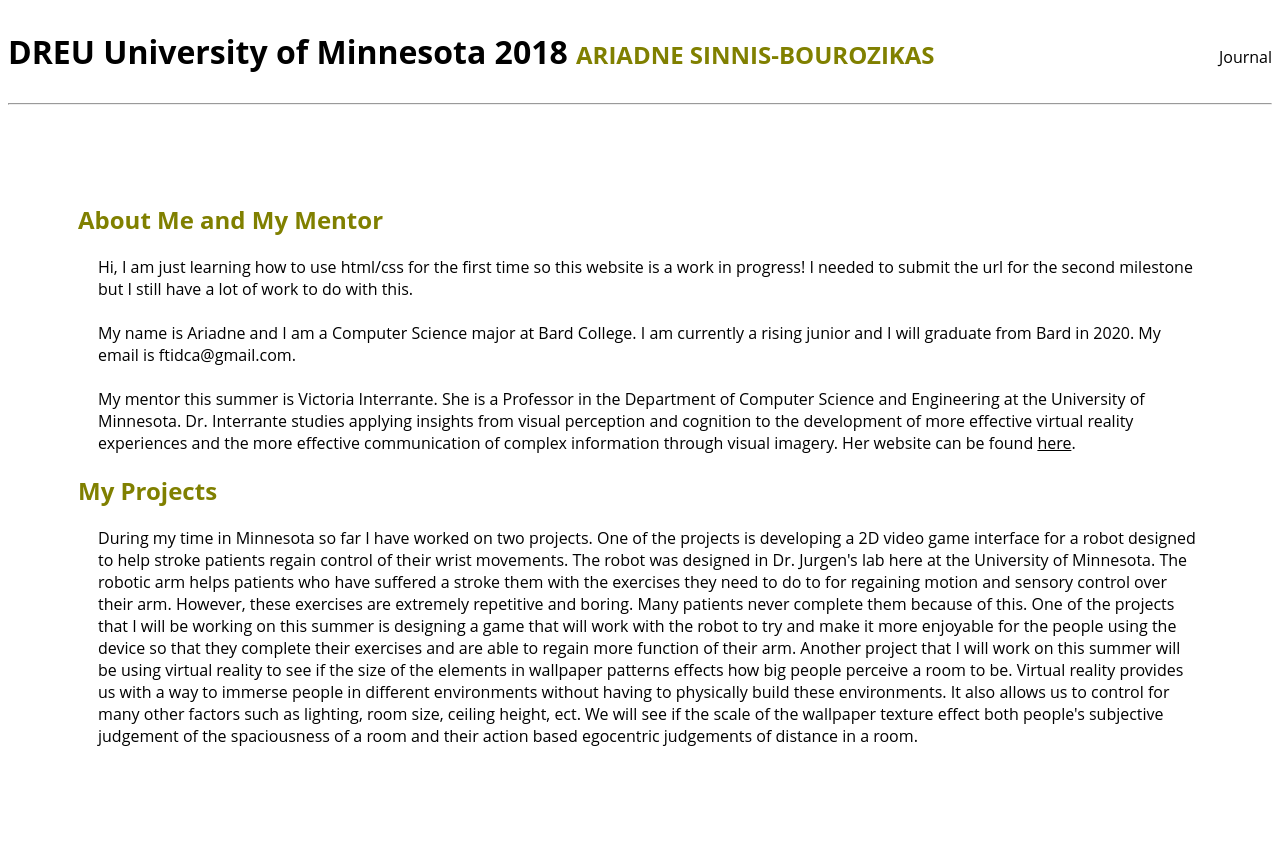
Repository: ariadnesb/dreu2018
Page: index.html
The author's editor kept a record of every edit. The page is drawn from the files as they stood at one moment, then again after the next edit.
The browser window is 1280 px wide. The pictures show the whole page.

Above is the page before.

### index.html
<!DOCTYPE html>
<html>
    <head>
        <title>It's me</title>
        <link rel="stylesheet" href="styles.css">
        <link href="https://fonts.googleapis.com/css?family=Roboto" rel="stylesheet">
    </head>

    <body>
        <div id="header">
            <br>
            <h1>DREU University of Minnesota 2018 </h1>
            <h2>ARIADNE SINNIS-BOUROZIKAS</h2>

            <ul class="nav-bar">
                <li><a href="./journal.html">Journal</a></li>
                <!-- <li><a href="/contact.html">Contact</a></li> -->
            </ul>
            <br><br><hr>
        </div>

        <div id= "journal">
             <h2> About Me and My Mentor </h2>
             <p>
                Hi, I am just learning how to use html/css for the first time so this website is a
                work in progress! I needed to submit the url for the second milestone but I still
                have a lot of work to do with this. <br><br>

                My name is Ariadne and I am a Computer Science major at Bard College. I am currently
                a rising junior and I will graduate from Bard in 2020.
                My email is ftidca@gmail.com.
                <br><br>
                My mentor this summer is Victoria Interrante. She is a Professor in the Department
                of Computer Science and Engineering at the University of Minnesota. Dr. Interrante
                studies applying insights from visual perception and cognition to the development
                of more effective virtual reality experiences and the more effective communication
                of complex information through visual imagery. Her website can be found
                <span id="emb_link"><a href="http://www-users.cs.umn.edu/~interran/">here</a></span>.

            </p>
            <h2> My Projects </h2>
            <p>
                During my time in Minnesota so far I have worked on two projects. One of
                the projects is developing a 2D video game interface for a robot designed
                to help stroke patients regain control of their wrist movements. The robot
                was designed in Dr. Jurgen's lab here at the University of Minnesota. The
                robotic arm helps patients who have suffered a stroke them with the exercises
                they need to do to for regaining motion and sensory control over their arm.
                However, these exercises are extremely repetitive and boring. Many patients
                never complete them because of this. One of the projects that I will be
                working on this summer is designing a game that will work with the robot to
                try and make it more enjoyable for the people using the device so that they
                complete their exercises and are able to regain more function of their arm.

                Another project that I will work on this summer will be using virtual reality to see if
                the size of the elements in wallpaper patterns effects how big people perceive a room to
                be. Virtual reality provides us with a way to immerse people in different
                environments without having to physically build these environments. It also
                allows us to control for many other factors such as lighting, room size,
                ceiling height, ect. We will see if the scale of the wallpaper texture effect
                both people's subjective judgement of the spaciousness of a room and their action
                based egocentric judgements of distance in a room.

            </p>
        </div>


        <!--- divs and spans can have 1 id but many classes

        <h2>Sub header</h2>
        <h6>smol</h6>

        <div id="custom-id">
            Div tag item
        </div>
        Non div tag item

        <br><br>
        <span class="custom-class">Hello</span> world
        -->


    </body>

</html>

### styles.css
html {
  /* everything that u put here will impact contents of <html>
  aka everything */
  font-family: 'Open Sans', sans-serif;
  background-color: offwhite;

}

#custom-id {
    background-color: black;
    color: white;
}

.custom-class{
    color: blue;
    display: inline;

}

#name {
    color: #66D167;
}

#header h1 {
    display: inline;
}

#header h2 {
    display: inline;
    color: olive;
}

#header .nav-bar  {
    display: inline;
    float: right;
    list-style-type: none;

}

#header li {
    display: inline;
    padding: 0;
    background-color: none;
}

 a {
    text-decoration: none;
    display: inline;
    color: black;

}

 a:hover {
    background-color: olive;
    display: inline;
    color:white;
}

#emb_link {
    text-decoration: underline;
}

#journal {
    display:inline-block;
    margin: 70px;
}

#journal h2 {
    color: olive;
}

#journal p{
    margin-left: 20px;
}

#paragraph {
    margin: 70px;
}

After the next edit:
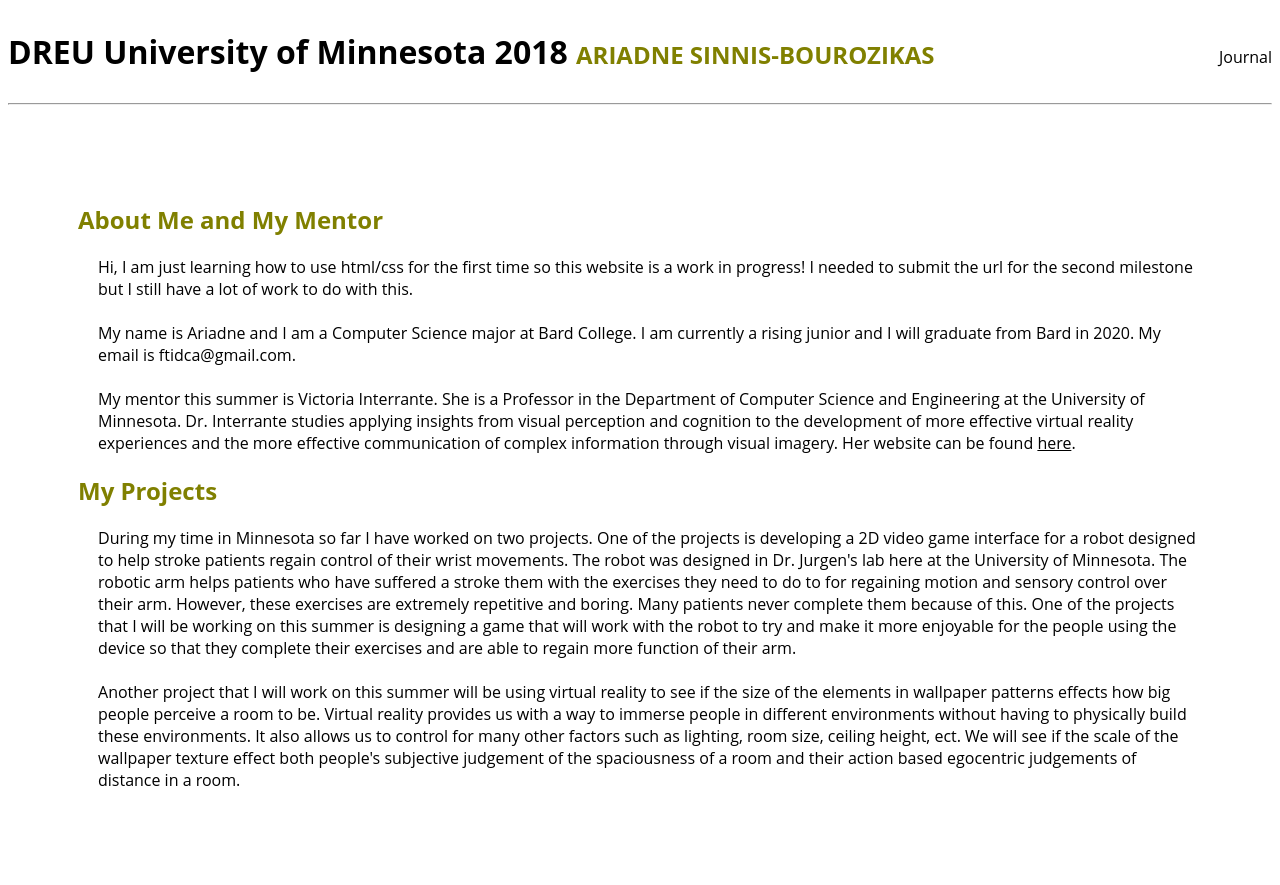
The edit:
--- a/index.html
+++ b/index.html
@@ -51,7 +51,7 @@
                 working on this summer is designing a game that will work with the robot to
                 try and make it more enjoyable for the people using the device so that they
                 complete their exercises and are able to regain more function of their arm.
-
+                <br><br>
                 Another project that I will work on this summer will be using virtual reality to see if
                 the size of the elements in wallpaper patterns effects how big people perceive a room to
                 be. Virtual reality provides us with a way to immerse people in different
